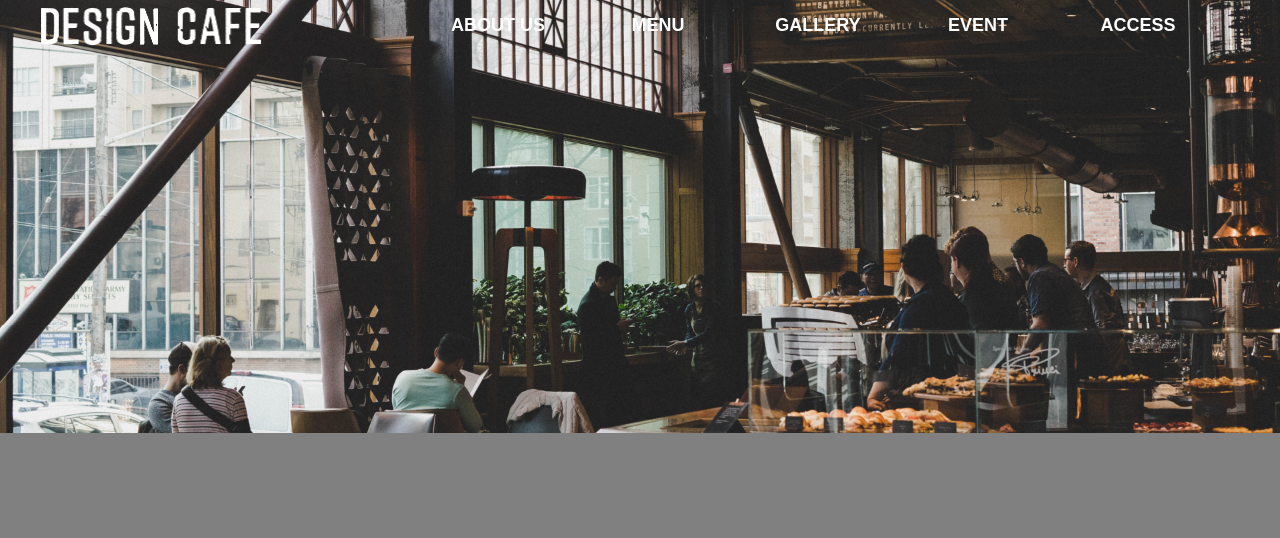
Repository: sonoyama01/dezasuta
Page: 第4回課題/index.html
These files come from the project's save history. The page is drawn as it stood at one moment and after the next save; the edit follows.
The browser window is 1280 px wide. The pictures show the whole page.

Above is the page before, as saved 2024-05-02 00:15:10.

After the next save:
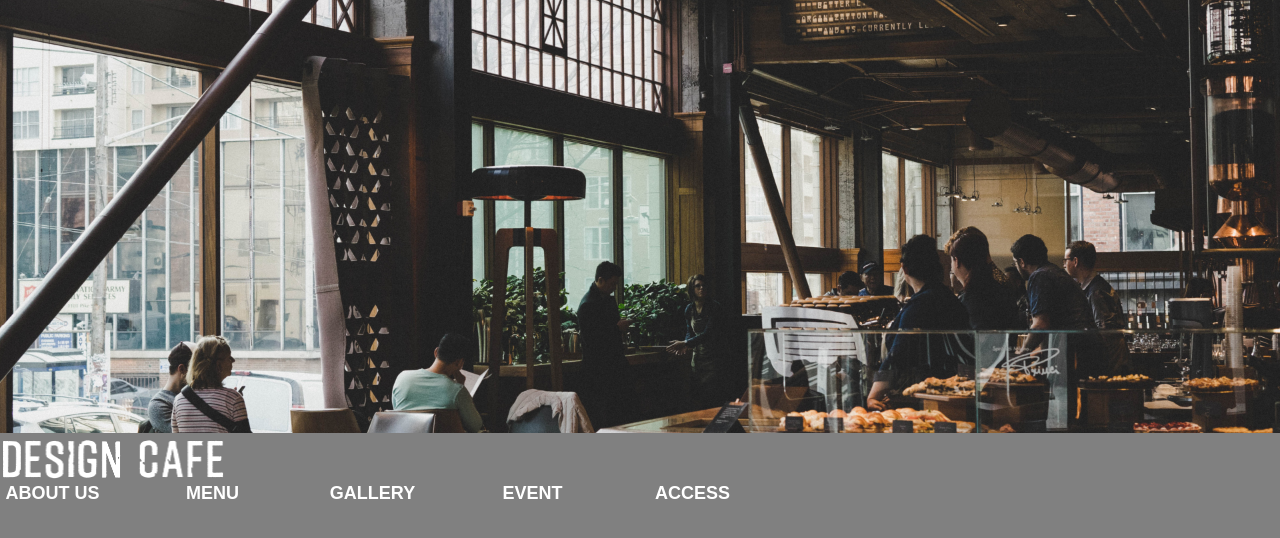
Saved 9 min 43 s later.
--- a/第4回課題/index.html
+++ b/第4回課題/index.html
@@ -15,7 +15,7 @@
                 <img src="./images/pc_first-100.jpg" alt="店内の様子">
             </div>
         </div>
-        <div class="header_wap">
+        <div class="header_wrap">
             <h1 class="header_logo">
                 <img src="./images/design_cafe_logo_header@2x.png" alt="desind cafe">
             </h1>

After the save that followed:
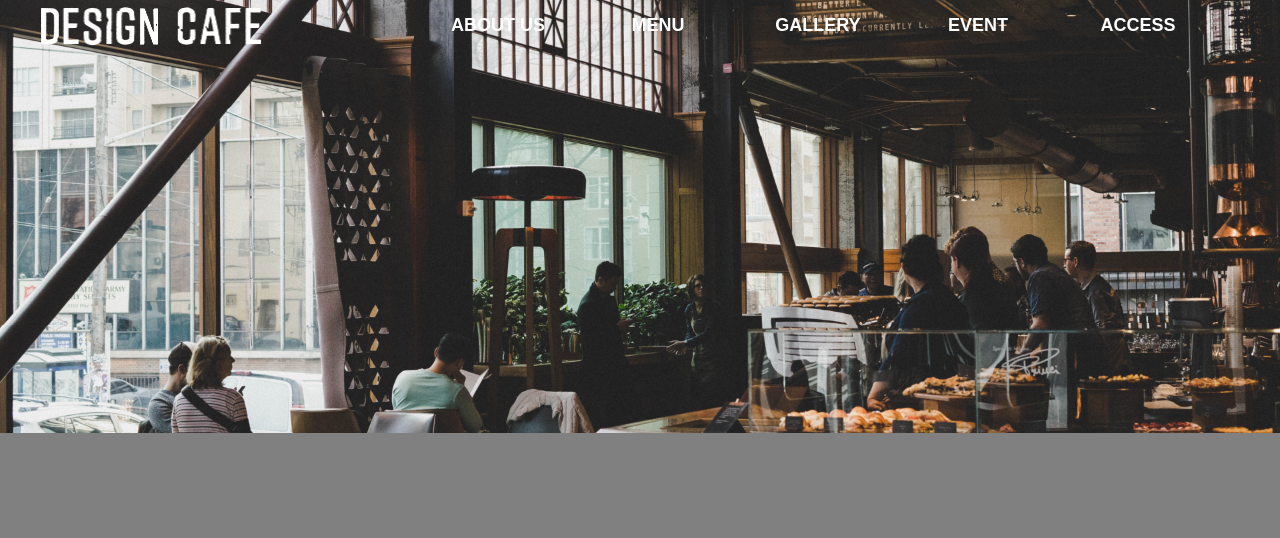
Saved 2 s later.
--- a/第4回課題/css/style.css
+++ b/第4回課題/css/style.css
@@ -73,7 +73,7 @@ body {
   width: 226px;
 }
 
-.header_wap {
+.header_wrap {
   display: flex;
   justify-content: space-between;
   align-items: center;
